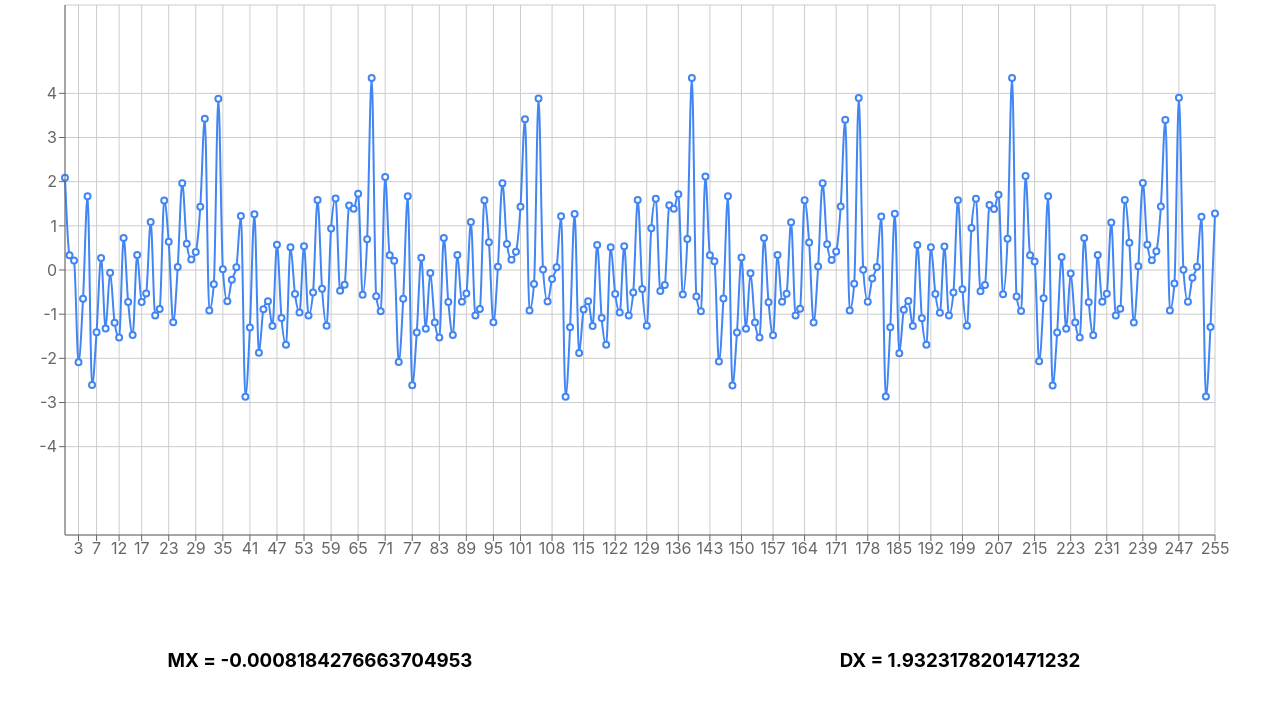
Repository: ivanburlakov/rts-labs
Page: / (app in lab1.2/)
The author's editor kept a copy of each file at every save. The page is drawn from the files as they stood at one save, then again after the next save.
The browser window is 1280 px wide. The pictures show the whole page.
The project was rebuilt for these pictures with package versions that can differ from the ones it lists, and the page was loaded fresh each time.

Above is the page before, as saved 2021-04-22 20:12:44.

### lab1.2/src/App.js
import { useState, useEffect } from "react";
import {
  LineChart,
  Line,
  CartesianGrid,
  XAxis,
  YAxis,
  ResponsiveContainer,
  Tooltip,
} from "recharts";
import "./App.css";

const pcorr = (x, y) => {
  let sumX = 0,
    sumY = 0,
    sumXY = 0,
    sumX2 = 0,
    sumY2 = 0;
  const minLength = Math.min(x.length, y.length);
  const reduce = (xi, idx) => {
    const yi = y[idx];
    sumX += xi;
    sumY += yi;
    sumXY += xi * yi;
    sumX2 += xi * xi;
    sumY2 += yi * yi;
  };
  x.forEach(reduce);
  return (
    (minLength * sumXY - sumX * sumY) /
    Math.sqrt(
      (minLength * sumX2 - Math.pow(sumX, 2)) * (minLength * sumY2 - Math.pow(sumY, 2))
    )
  );
};
let arrX = [20, 54];
let arrY = [-20, -54];
let R = pcorr(arrX, arrY);
console.log("arrX", arrX, "arrY", arrY, "R", R);

function generateChart(harmonics, frequencyBorder, ticks) {
  const results = [];
  const x = [];
  let mx = 0;
  let dx = 0;
  const a = [
    0.4339828585740546,
    0.7913122899825349,
    0.9046675274492586,
    0.03561605703191084,
    0.6945208754805292,
    0.31068813398293105,
    0.8019743203386724,
    0.28475103254141687,
    0.12064273435943562,
    0.9330672886468734,
  ];
  const phi = [
    0.22630164484429782,
    0.209250913297216,
    0.4181397442964869,
    0.7283513419958436,
    0.9143343248574061,
    0.29136587444048345,
    0.6230305731180181,
    0.7151092751757229,
    0.053674000231757946,
    0.14700253263682495,
  ];
  for (let i = 0; i < harmonics; i++) {
    const w = (frequencyBorder / harmonics) * (i + 1);
    const harmonic = [];
    for (let t = 0; t < ticks; t++) {
      harmonic.push(a[i] * Math.sin(w * t + phi[i]));
    }
    results.push(harmonic);
  }
  for (let t = 0; t < ticks; t++) {
    let sum = 0;
    for (const array of results) {
      sum += array[t];
    }
    x.push({
      signal: `${sum}`,
      t: `${t}`,
    });
    mx += sum;
  }
  mx = mx / ticks;
  for (let t = 0; t < ticks; t++) {
    dx += Math.pow(x[t].signal - mx, 2);
  }
  dx = dx / (ticks - 1);
  return {
    x,
    mx,
    dx,
  };
}

function App() {
  const [data, setData] = useState(null);
  useEffect(() => {
    setData(generateChart(10, 900, 256));
  }, []);
  return (
    <div className="App">
      {data && (
        <>
          <div className="chart">
            <ResponsiveContainer width="100%" height="95%">
              <LineChart
                data={data.x}
                margin={{ right: 65, top: 5, bottom: 5, left: 5 }}
              >
                <CartesianGrid stroke="#ccc" />
                <Line
                  type="monotone"
                  dataKey="signal"
                  stroke="#4285F4"
                  strokeWidth={2}
                />
                <XAxis dataKey="t" />
                <YAxis
                  dataKey="signal"
                  ticks={[-4, -3, -2, -1, 0, 1, 2, 3, 4]}
                />
                <Tooltip />
              </LineChart>
            </ResponsiveContainer>
          </div>
          <div className="results">
            <div className="center">
              <h3 className="mx">MX = {data.mx}</h3>
            </div>
            <div className="center">
              <h3 className="dx">DX = {data.dx}</h3>
            </div>
          </div>
        </>
      )}
    </div>
  );
}

export default App;

### lab1.2/src/App.css
.App {
  position: absolute;
  top: 0;
  bottom: 0;
  left: 0;
  right: 0;
  display: flex;
  flex-direction: column;
  justify-content: center;
  align-items: center;
  overflow: hidden;
}

.results {
  flex: 1;
  position: relative;
  height: 80px;
  width: 100%;
  display: flex;
  flex-direction: row;
}

.center {
  flex: 1;
  position: relative;
  display: flex;
  justify-content: center;
  align-items: center;
}

.mx {
  display: block;
}

.dx {
  display: block;
}

.chart {
  position: relative;
  height: 100%s;
  width: 100%;
  flex: 5;
}

Loaded but not shown: lab1.2/public/index.html (common file); lab1.2/src/index.js (common file); lab1.2/src/index.css (common file); lab1.2/src/reportWebVitals.js (common file)

After the next save:
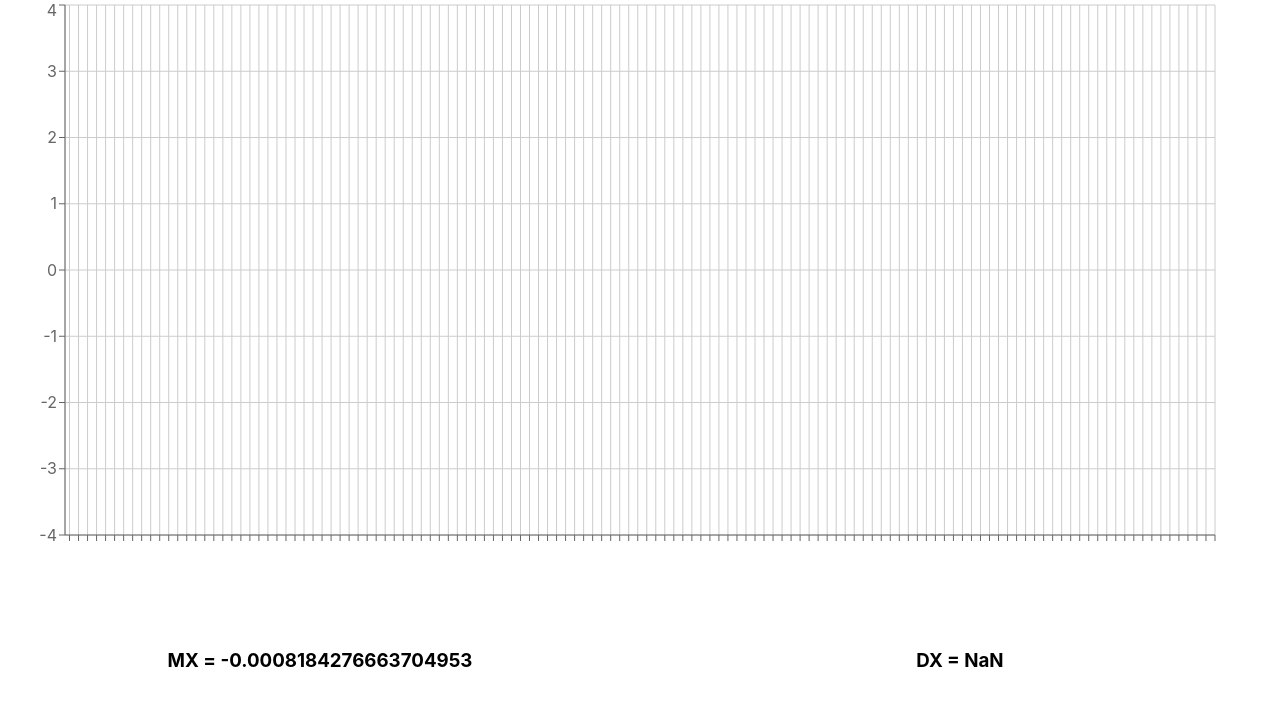
Saved 107 s later.
--- a/lab1.2/src/App.js
+++ b/lab1.2/src/App.js
@@ -33,10 +33,6 @@ const pcorr = (x, y) => {
     )
   );
 };
-let arrX = [20, 54];
-let arrY = [-20, -54];
-let R = pcorr(arrX, arrY);
-console.log("arrX", arrX, "arrY", arrY, "R", R);
 
 function generateChart(harmonics, frequencyBorder, ticks) {
   const results = [];
@@ -80,10 +76,7 @@ function generateChart(harmonics, frequencyBorder, ticks) {
     for (const array of results) {
       sum += array[t];
     }
-    x.push({
-      signal: `${sum}`,
-      t: `${t}`,
-    });
+    x.push(sum);
     mx += sum;
   }
   mx = mx / ticks;
